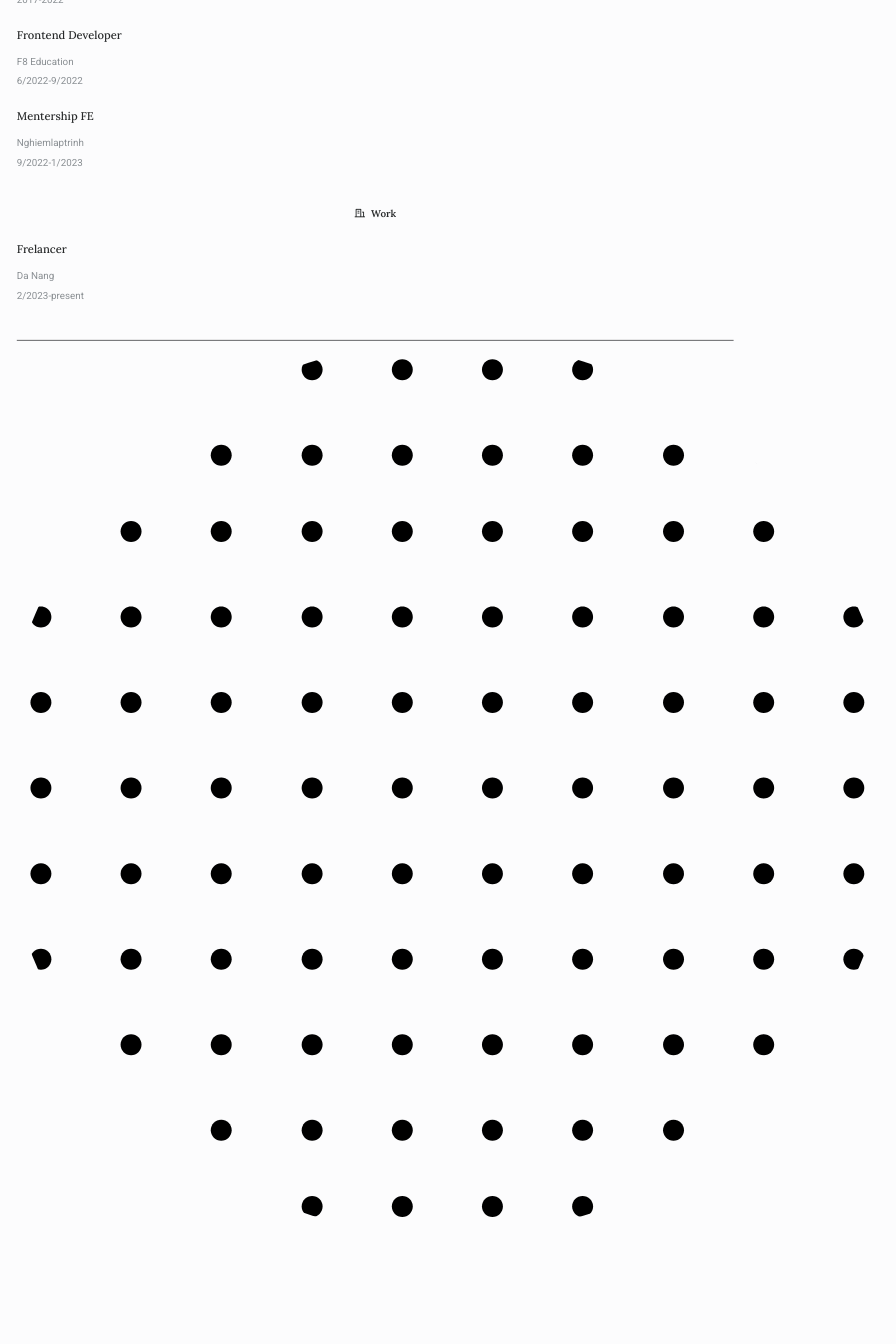
Repository: hnguyeng/myportfoliohongnguyen
Page: index.html
An editor plug-in stored every save of this project. The page is shown before and after the next save, followed by the edit.
The browser window is 1280 px wide. The pictures show the part of the page from y = 3482 to 5402 px (the page is 5532 px tall before and 4248 px after), at 70% of full size.
Some web libraries are served in a nearby version.

Above is the page before, as saved 2023-07-18 16:10:04.

After the next save:
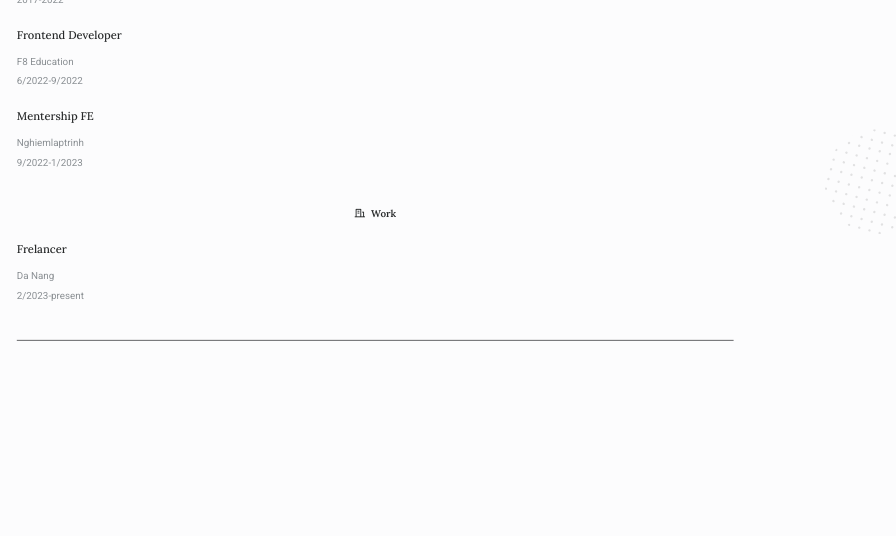
Saved 2 min 44 s later.
--- a/assets/css/style.css
+++ b/assets/css/style.css
@@ -388,3 +388,11 @@ img{
 .qualification__country{
     margin-bottom: .75rem;
 }
+.qualiication__img{
+    width: 150px;
+    position: absolute;
+    right: -3rem;
+    bottom: 12rem;
+    transform: rotate(15deg);
+    opacity: .1;
+}
